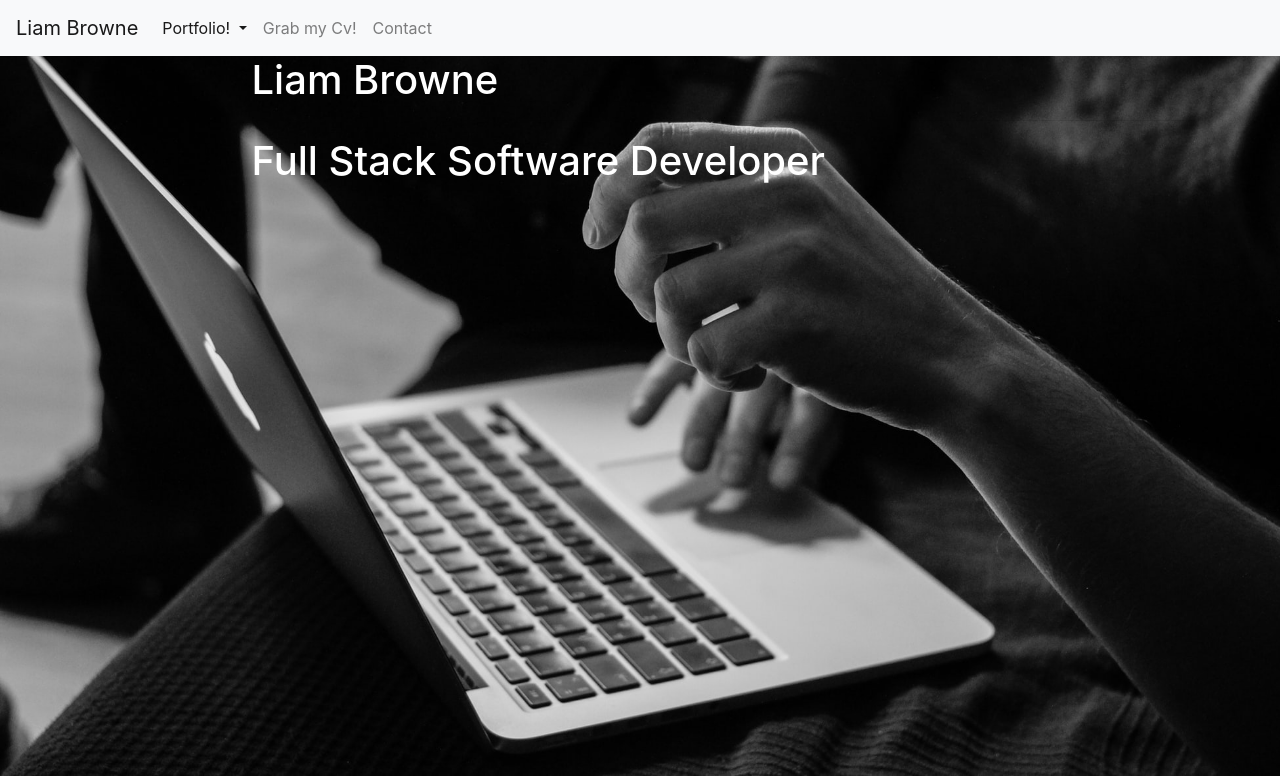
Repository: LiamB123/LiamBrowne.com.github.io
Page: index.html
The author's editor kept a record of every edit. The page is drawn from the files as they stood at one moment, then again after the next edit.
The browser window is 1280 px wide. The pictures show the whole page.
Backgrounds fixed to the window are drawn as part of the page.

Above is the page before.

### index.html
<!DOCTYPE html>
<html lang="en">

<head>
  <meta charset="UTF-8">
  <meta name="viewport" content="width=device-width, initial-scale=1.0">


  <meta http-equiv="X-UA-Compatible" content="ie=edge">

  <title>Liam Browne</title>

  <!--Boostrap Links for Css, Js and Jquery --->
  <link rel="stylesheet" href="https://stackpath.bootstrapcdn.com/bootstrap/4.4.1/css/bootstrap.min.css" integrity="sha384-Vkoo8x4CGsO3+Hhxv8T/Q5PaXtkKtu6ug5TOeNV6gBiFeWPGFN9MuhOf23Q9Ifjh" crossorigin="anonymous">

  <script src="https://code.jquery.com/jquery-3.4.1.slim.min.js" integrity="sha384-J6qa4849blE2+poT4WnyKhv5vZF5SrPo0iEjwBvKU7imGFAV0wwj1yYfoRSJoZ+n" crossorigin="anonymous"></script>
  <script src="https://cdn.jsdelivr.net/npm/popper.js@1.16.0/dist/umd/popper.min.js" integrity="sha384-Q6E9RHvbIyZFJoft+2mJbHaEWldlvI9IOYy5n3zV9zzTtmI3UksdQRVvoxMfooAo" crossorigin="anonymous"></script>
  <script src="https://stackpath.bootstrapcdn.com/bootstrap/4.4.1/js/bootstrap.min.js" integrity="sha384-wfSDF2E50Y2D1uUdj0O3uMBJnjuUD4Ih7YwaYd1iqfktj0Uod8GCExl3Og8ifwB6" crossorigin="anonymous"></script>

  <!--Boostrap Links for Font Awesome--->
  <link rel="stylesheet" href="https://stackpath.bootstrapcdn.com/font-awesome/4.7.0/css/font-awesome.min.css" type="text/css" />

  <link rel="stylesheet" href="static/css/custom.css" type="text/css" />

</head>

<body>


  <nav class="navbar navbar-expand-lg navbar-light bg-light">
    <a class="navbar-brand" href="index.html">Liam Browne </a>
    <button class="navbar-toggler" type="button" data-toggle="collapse" data-target="#navbarSupportedContent" aria-controls="navbarSupportedContent" aria-expanded="false" aria-label="Toggle navigation">
    <span class="navbar-toggler-icon"></span>
  </button>

    <div class="collapse navbar-collapse" id="navbarSupportedContent">
      <ul class="navbar-nav mr-auto">
        <li class="nav-item active nav-item dropdown">
          <a class="nav-link dropdown-toggle" href="" id="navbarDropdown" role="button" data-toggle="dropdown" aria-haspopup="true" aria-expanded="false">
          Portfolio!
        </a>
          <div class="dropdown-menu" aria-labelledby="navbarDropdown">
            <a class="dropdown-item" href="portfolio.html">Take me there!</a>
            <a class="dropdown-item" target="_blank" href="https://liams-the-store.herokuapp.com/">E-Commerce</a>
            <a class="dropdown-item" href="https://liams-booze.herokuapp.com/">Booze Clues</a>
            <div class="dropdown-divider"></div>
            <a class="dropdown-iitem" target="_blank" href="https://github.com/LiamB123/">
           Check out my GitHub</a>
          </div>
        </li>
        <a class="nav-link" target="_blank" href="./static/assets/My_Resume.pdf">Grab my Cv!<span class="sr-only">(current)</span></a>
        </li>
        <li class="nav-item">
          <a class="nav-link" href="contact.html">Contact</a>
        </li>

      </ul>

    </div>
  </nav>
  <!----Masthead Section---->

  <section>
    <div id="title-img">
      <div class="container">


        <h1 class="white-lettering push_right">
          Liam Browne
          <hr>
             Full Stack Software Developer</div>
        </h1>


      </div>
    </div>
  </section>



</html>

### static/css/custom.css
/*Image Classes*/


#contact-img {
    min-height: 100vh;
    min-width: 100%;
    z-index: -1;
    background-image: url("../img/keyboard.jpg");
    background-repeat: no-repeat;
    background-position: center;
    background-attachment: fixed;
}


#title-img{
    background-attachment: fixed;
    background-image: url("../img/laptop.jpg");
    background-position: bottom;
    background-size: cover;
   min-height: 100vh;
    min-width: 100%;
    margin-bottom: 0px;
    z-index: -1;
}
#liam-img{
    background-attachment: fixed;
    background-repeat: no-repeat;
    background-image: url("../img/nerd.jpg");
    background-position: left;
    min-height:auto;
    min-width: auto;
    margin-bottom: 0px;
}


.portfolio-img {
    min-height: 100vh;
    min-width: 100%;
    z-index: -1;
    background-image: url("../img/portfolio.jpg");
    background-repeat: no-repeat;
    background-position: center;
    background-attachment: fixed;
}


.white-lettering{
    color: white;
}

.portfolio-sizing{
    padding-top: 20%;

}


.vertical-align-center{
    padding-top:40%;
    text-align: center;
    padding-bottom: 20%;
}
.tall{
    height:10vh;
    font-size: 5vh;
}

.push_right{
 padding-left: 15%;
}

After the next edit:
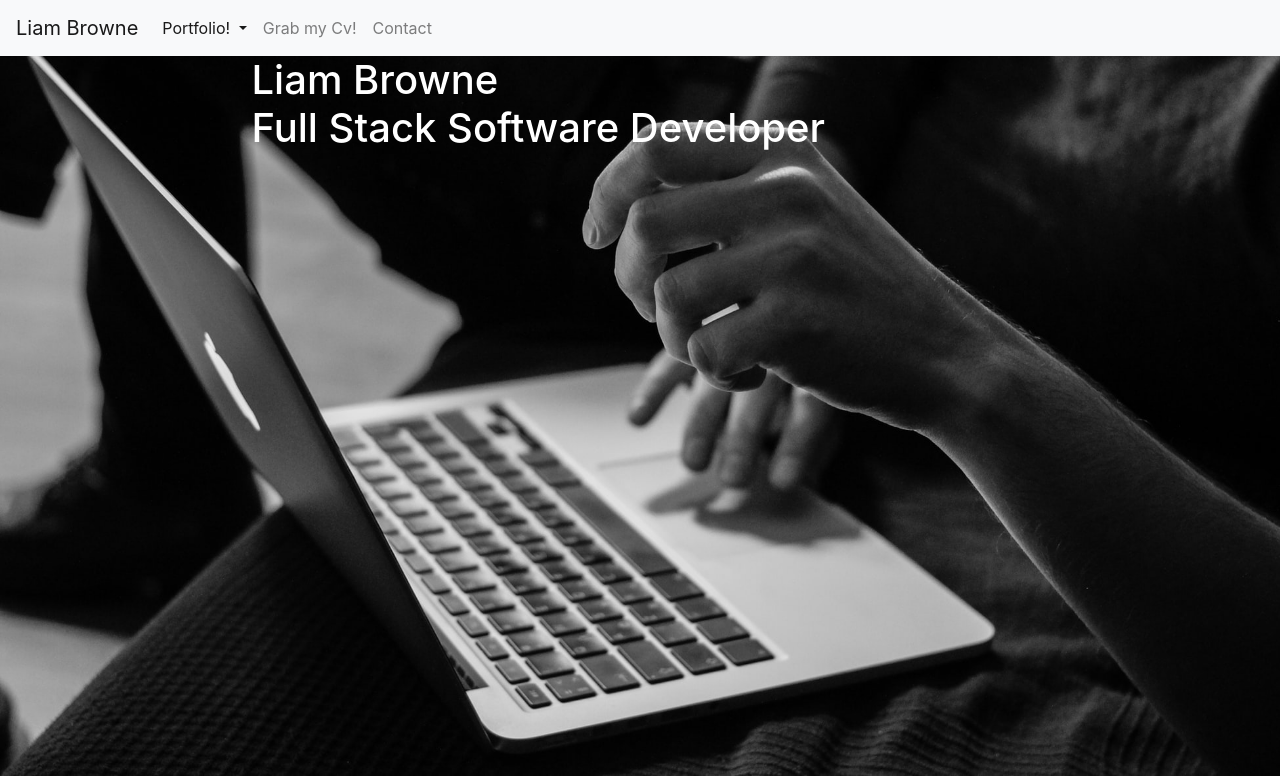
The edit:
--- a/index.html
+++ b/index.html
@@ -67,8 +67,8 @@
 
         <h1 class="white-lettering push_right">
           Liam Browne
-          <hr>
-             Full Stack Software Developer</div>
+        <br>
+             Full Stack Software Developer
         </h1>
 
 
